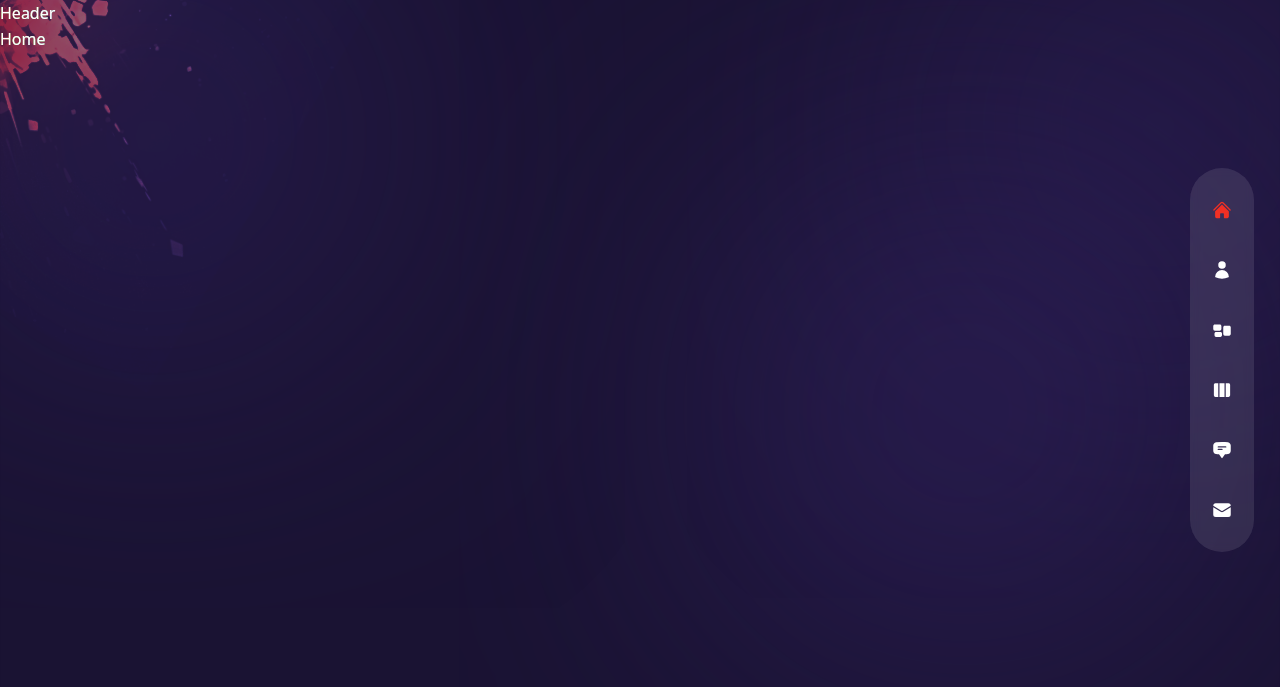
Repository: AchourMaryem/My-personal-portfolio
Page: /
The author's editor kept a copy of each file at every save. The page is drawn from the files as they stood at one save, then again after a run of saves.
The browser window is 1280 px wide. The pictures show the whole page.
The project was rebuilt for these pictures with package versions that can differ from the ones it lists, and the page was loaded fresh each time. The framework's server and built-in components were replaced by stand-ins that run in the browser. Also part of the build but not shown: next.config.js.

Above is the page before, as saved 2023-09-21 12:34:09.

After the next 2 saves:
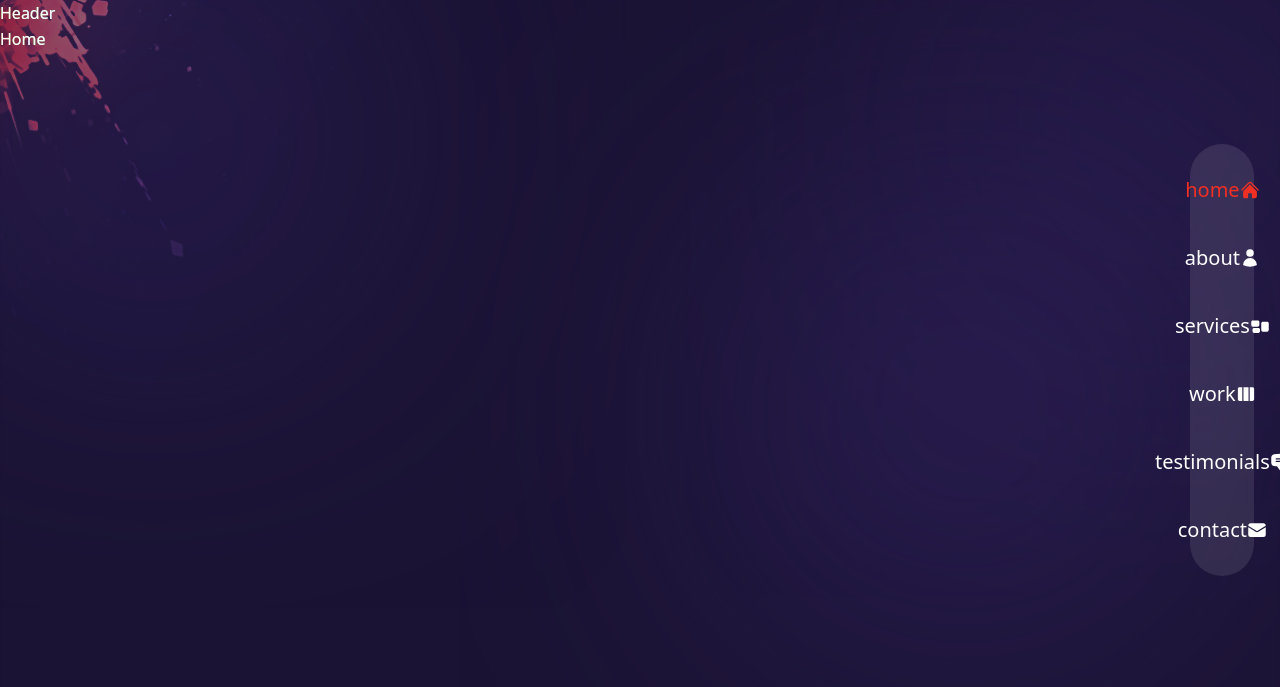
The 2 saves are shown as one change because they came seconds apart.
The last was saved 11 s later.
--- a/components/Nav.js
+++ b/components/Nav.js
@@ -43,7 +43,7 @@ const Nav = () => {
           >
 
           {/* tooltip */}
-          <div> </div>
+          <div>{link.name} </div>
          <div> {link.icon}</div>
 
         </Link>
